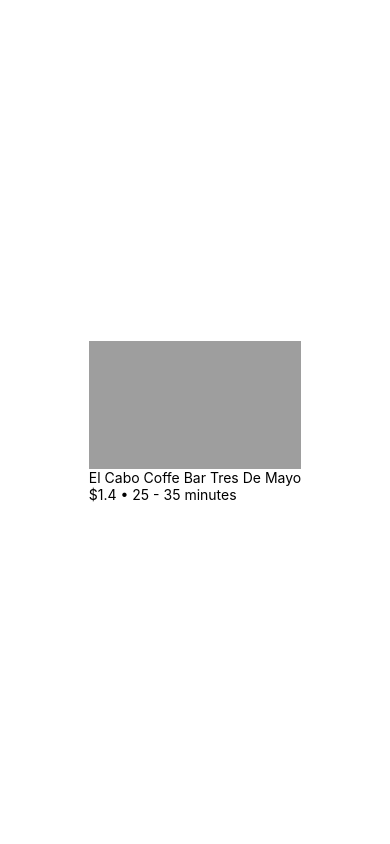
Repository: leroy-netizen/rn-uber-eats-client
Screen: /
An editor plug-in stored every save of this project. The screen is shown before and after a run of saves, followed by the edit.
Pictures or frames that could not be fetched are drawn as grey boxes. The app was drawn by React Native's web renderer in a window 390 px wide. The project was rebuilt for these pictures with package versions that can differ from the ones it lists, and the page was loaded fresh each time. Also part of the build but not shown: src/components/restaurantItem/RestaurantItem.jsx, src/screens/HomeScreen/index.js.

Above is the screen before, as saved 2023-01-16 15:32:59.

### App.js
import { StatusBar } from "expo-status-bar";
import { StyleSheet, Text, View, FlatList } from "react-native";
import HomeScreen from "./src/screens/HomeScreen/index.js";
import RestaurantDetails from "./src/screens/ResturantDetailsScreen/index.js";
export default function App() {
  return (
    <View style={styles.container}>
      {/* <HomeScreen /> */}
      <RestaurantDetails />
      <StatusBar style="auto" />
    </View>
  );
}

const styles = StyleSheet.create({
  container: {
    flex: 1,
    backgroundColor: "#fff",
    alignItems: "center",
    justifyContent: "center",
    padding: 10,
    paddingVertical: 30,
  },
});

### src/screens/ResturantDetailsScreen/index.js
import { View, Text, Image, StyleSheet, FlatList } from "react-native";
import restaurants from "../../../assets/data/restaurants.json";
const restaurant = restaurants[0];
const RestaurantDetails = () => {
  return (
    <View style={styles.page}>
      <Image source={{ uri: restaurant.image }} style={styles.image} />
      <Text style={styles.title}>{restaurant.name}</Text>
      <Text style={styles.subtitle}>
        ${restaurant.deliveryFee} &#8226; {restaurant.minDeliveryTime} -{" "}
        {restaurant.maxDeliveryTime} minutes
      </Text>
    </View>
  );
};

const styles = StyleSheet.create( {
    page: {

    },
  image: {
    width: "100%",
    aspectRatio: 5 / 3,
  },
});

export default RestaurantDetails;

### assets/data/restaurants.json
[
  {
    "id": "1",
    "name": "El Cabo Coffe Bar Tres De Mayo",
    "deliveryFee": 1.4,
    "minDeliveryTime": 25,
    "maxDeliveryTime": 35,
    "rating": 4.0,
    "image": "https://notjustdev-dummy.s3.us-east-2.amazonaws.com/uber-eats/restaurant1.jpeg",
    "dishes": [
      {
        "name": "Cheese Tequeños",
        "description": "6 pieces of chese with sauce.",
        "price": 6.9,
        "image": "https://notjustdev-dummy.s3.us-east-2.amazonaws.com/uber-eats/restaurant2.jpeg"
      },
      {
        "name": "Hamburger La Super Cabo Burger",
        "description": "Double meat, gouda cheese, cheddar cheese, cooked ham, bacon, egg, salad and rustic potatoes.",
        "price": 8.9,
        "image": "https://notjustdev-dummy.s3.us-east-2.amazonaws.com/uber-eats/restaurant3.jpeg"
      },
      {
        "name": "U.S.A. Burger",
        "description": "Beef, gouda cheese, cheddar cheese, cooked ham, bacon, egg and salad.",
        "price": 5.4
      },
      {
        "name": "Slices of Llanero Cheese",
        "description": "Ripe plantain with cheese and palm honey.",
        "price": 5.9
      },
      {
        "name": "Papas Locas El Cabo",
        "description": "French fries with shredded chicken, gouda cheese and ham.",
        "price": 7.9
      }
    ]
  },
  {
    "id": "2",
    "name": "Tony Roma's - C.C. Meridiano",
    "deliveryFee": 0.4,
    "minDeliveryTime": 25,
    "maxDeliveryTime": 35,
    "rating": 4.7,
    "image": "https://notjustdev-dummy.s3.us-east-2.amazonaws.com/uber-eats/restaurant2.jpeg",
    "dishes": [
      {
        "name": "Cajun Ribs",
        "description": "For lovers of a spicy touch. Ribs bathed in our Original sauce accompanied by Cajun spices. Served with French fries and coleslaw.",
        "price": 18.95
      },
      {
        "name": "The Original Baby Backs",
        "description": "The house specialty. Pork ribs cooked on the barbecue and marinated with our original barbecue sauce. Served with French fries and coleslaw.",
        "price": 19.95
      },
      {
        "name": "Carolina Honey",
        "description": "Our famous ribs marinated with our Carolina honey sauce, a mixture of honey with our original sauce. Ideal for those looking for a sweet touch. Served with French fries and coleslaw.",
        "price": 18.95,
        "image": "https://notjustdev-dummy.s3.us-east-2.amazonaws.com/uber-eats/restaurant2.jpeg"
      },
      {
        "name": "Onion Rings",
        "description": "Los tradicionales aros de cebolla de tony roma's dorados, crujientes y ligeros. Únicos en el mundo, acompañados de salsa BBQ.",
        "price": 6.95
      },
      {
        "name": "Nachos Tony Roma's",
        "description": "The best selling nachos! with our blend of melted cheeses, accompanied by guacamole, crispy bacon, ranch beans, and sour cream.",
        "price": 10.95
      }
    ]
  },
  {
    "id": "3",
    "name": "Brothers Barbecue",
    "deliveryFee": 1.4,
    "minDeliveryTime": 20,
    "maxDeliveryTime": 30,
    "rating": 4.3,
    "image": "https://notjustdev-dummy.s3.us-east-2.amazonaws.com/uber-eats/restaurant3.jpeg",
    "dishes": [
      {
        "name": "Burger Mustang",
        "description": "Homemade bread, burger sauce, lettuce, sweet and sour pickle, bacon, cheddar and BBQ sauce. Beef 180 grams.",
        "price": 5.9
      },
      {
        "name": "Alabama bread",
        "description": "Artisan bread, butter sauce, garlic, BBQ chicken and cheddar.",
        "price": 3.0
      },
      {
        "name": "New York Burger",
        "description": "Homemade bread, lettuce, burger sauce, 180 grams of beef, goat cheese and roasted apple.",
        "price": 5.9
      },
      {
        "name": "Mac & Cheese Burger",
        "description": "Homemade bread, lettuce, burger sauce, 180 grams of beef, mac and cheese, and American-style bacon.",
        "price": 5.9
      },
      {
        "name": "Nachos Brothers",
        "description": "Nachos, guacamole, cheddar sauce, beans, bacon, and cream cheese.",
        "price": 5.2
      }
    ]
  },
  {
    "id": "4",
    "name": "Hamburguesa Nostra La Salle",
    "deliveryFee": 0.9,
    "minDeliveryTime": 30,
    "maxDeliveryTime": 40,
    "rating": 4.5,
    "image": "https://notjustdev-dummy.s3.us-east-2.amazonaws.com/uber-eats/restaurant4.jpeg",
    "dishes": [
      {
        "name": "English burger",
        "description": "Beef with bacon, portobello mushrooms, tomato, cheddar cheese, grilled egg and our smoked sauce.",
        "price": 14.9
      },
      {
        "name": "Mexican Burger",
        "description": "Beef, with pico de gallo, veggie chili, cheddar cheese, guacamole and smoked sauce.",
        "price": 14.9
      },
      {
        "name": "Tequeños",
        "description": "Crispy sticks filled with melted cheese accompanied by tomato chutney.",
        "price": 9.9
      },
      {
        "name": "Starters Combo",
        "description": "Tequeños, crispy onion and chicken delicacies.",
        "price": 13.9
      },
      {
        "name": "Cesar Salad",
        "description": "Green sprouts, pieces of grilled bacon, chicken delicacies, grated Parmesan, muffin croutons and fried onion confetti dressed with Caesar sauce.",
        "price": 10.5
      }
    ]
  }
]

After the next 4 saves:
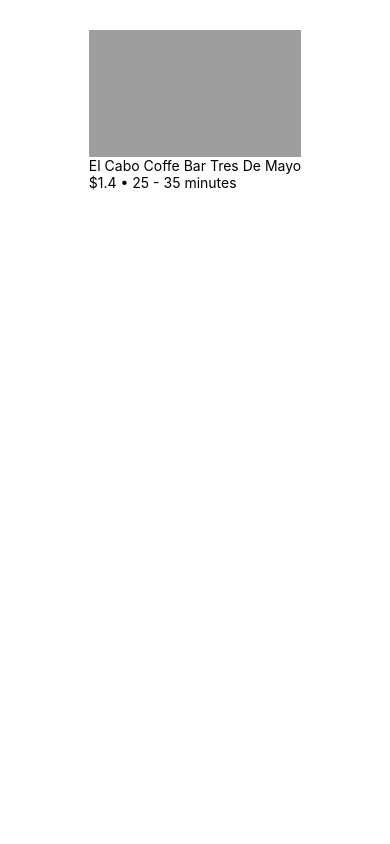
The 4 saves are shown as one change because they came seconds apart.
The last was saved 13 s later.
--- a/src/screens/ResturantDetailsScreen/index.js
+++ b/src/screens/ResturantDetailsScreen/index.js
@@ -14,10 +14,10 @@ const RestaurantDetails = () => {
   );
 };
 
-const styles = StyleSheet.create( {
-    page: {
-
-    },
+const styles = StyleSheet.create({
+  page: {
+    flex: 1,
+  },
   image: {
     width: "100%",
     aspectRatio: 5 / 3,
